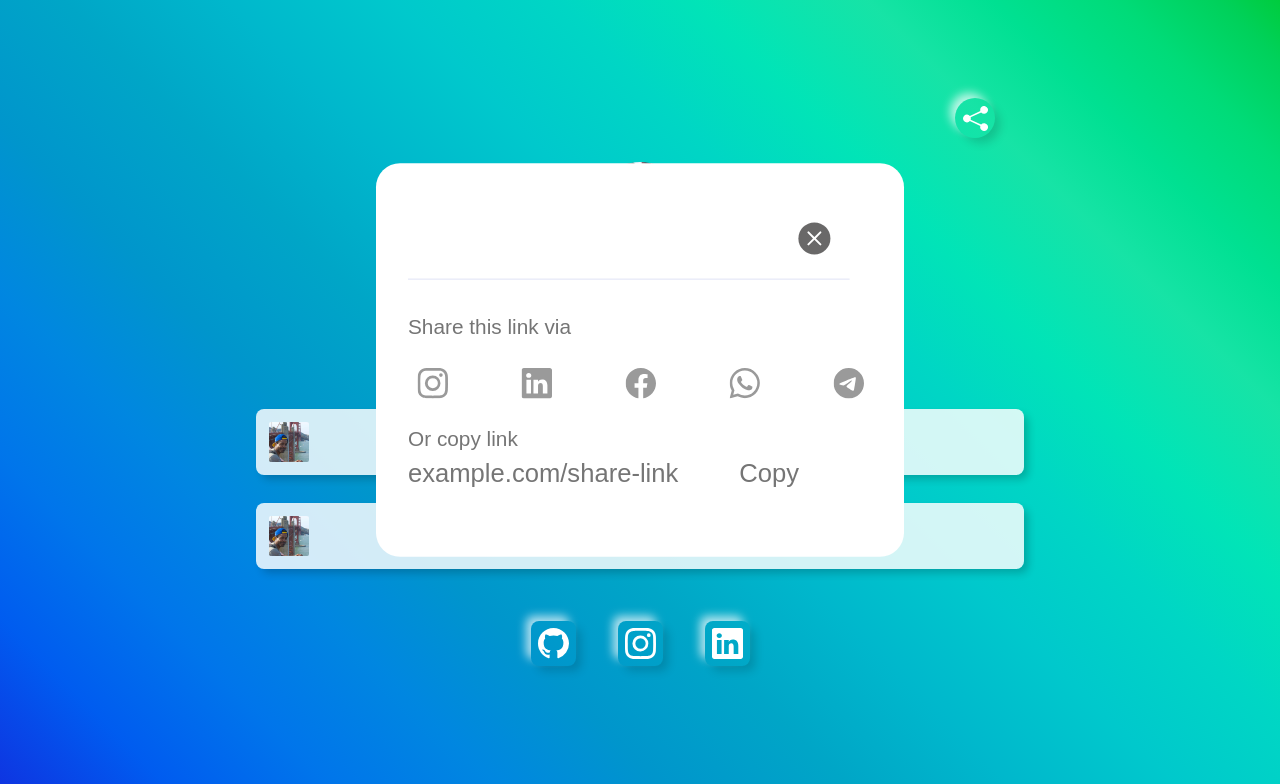
Repository: MateLaDBrouille97/linktree
Page: /
The author's editor kept a copy of each file at every save. The page is drawn from the files as they stood at one save, then again after the next save.
The browser window is 1280 px wide. The pictures show the whole page.
The project was rebuilt for these pictures with package versions that can differ from the ones it lists, and the page was loaded fresh each time. The framework's server and built-in components were replaced by stand-ins that run in the browser. Also part of the build but not shown: next.config.js, styles/Home.module.css, styles/scrollup.css.

Above is the page before, as saved 2023-01-24 00:45:07.

### app/layout.tsx
"use client";

import '@/styles/globals.css'
import '../styles/Home.module.css';
import '../styles/scrollup.css';
import '../styles/home.css';
import '../styles/socials.css';
import '../styles/share.css';
import ScrollDow from '../components/ScrollDow';
import ScrollUp from '../components/scrollup/ScrollUp'

export default function RootLayout({
    children,
  }: {
    children: React.ReactNode;
  }) {
    return (
      <html lang="en">
        <body>{children}</body>
        {/* <ScrollDow/> */}
        {/* <ScrollUp/> */}
      </html>
    );
  }

### app/page.tsx
"use client";

import Image from "next/image";
import data from "data.json";
import image from "../public/ManuelTL2.jpg";
import image1 from "../public/ManuelTL2.jpg";
import { useEffect, useState } from "react";
import Socials from "../components/Socials";
import Share from "@/components/Share";

function LinkCard({
  href,
  title,
  image,
}: {
  href: string;
  title: string;
  image?: string;
}) {
  return (
    <a
      href={href}
      className="flex items-center p-3 w-full rounded-lg hover:scale-105 transition-all bg-gray-100 mb-3 -mt-2 max-w-3xl home__linkcard-box"
    >
      <div className="flex text-center w-full home__linkcard-card">
        <div className="w-10 h-10 home__linkcard-img">
          {image1 && (
            <Image
              className="rounded-sm"
              alt={data.name}
              src={image1}
              width={40}
              height={40}
            />
          )}
        </div>
        <h2 className="flex justify-center items-center font-semibold w-full text-gray-700 -ml-10 home__linkcard-title">
          {title}
        </h2>
      </div>
    </a>
  );
}

export default function Home() {
  /*==================== Toggle Menu ====================== */
  const [toggle, showMenu] = useState(false);
  const [activeNav, setActiveNav] = useState("#home");

  /* +++++++++++++++++++++++++++++++++++++++++++++++++ */
  // const { dbUser, image } = useUserContext();

  // const breakpoints = (width) => {
  //   if (width < 640) {
  //     return "xs";
  //   } else if (width >= 640 && width < 768) {
  //     return "sm";
  //   } else if (width >= 768 && width < 1024) {
  //     return "md";
  //   } else if (width >= 1024) {
  //     return "lg";
  //   }
  // };

  // const [breakpoint, setBreakpoint] = useState(() =>
  //   breakpoints(typeof window !== "undefined" && window.innerWidth)
  // );

  useEffect(() => {
    if (toggle) {
      // const calcInnerWidth = function () {
      //   setBreakpoint(breakpoints(window.innerWidth));
      // };
      // window.addEventListener("resize", calcInnerWidth);
      window.addEventListener("scroll", function () {
        const header = this.document.querySelector(".header");
        //scroll higher than 200 viewport height
        //add scroll header class to a tag with the scroll-top
        if (this.scrollY >= 80) header?.classList.add("scroll-header");
        else header?.classList.remove("scroll-header");
      });
    }
  }, []);

  useEffect(() => {
    showMenu(true);
  }, []);

  return (
    <div className="flex items-center flex-col mx-auto w-full justify-center mt-16 px-8 ">
      <Share/>
      <a
        href="#home"
        onClick={() => setActiveNav("#home")}
        // className={
        //   activeNav === "#home" ? "nav__logo active-link" : "nav__logo"
        // }
      >
        <Image
          className="rounded-full"
          alt={data.name}
          src={image}
          width={96}
          height={96}
        />
      </a>

      <h1 className="font-semibold mt-4 mb-8 text-xl" style={{color:"white"}}>{data.name}</h1>
      <h3 className="home__description" style={{color:"white"}}>{data.small_description}</h3>

      <div className="grid place-items-center w-full mt-2">
        {data.links.map((link) => (
          <LinkCard key={link.href} {...link} />
        ))}
      </div>

      <div className="gap-3 items-center flex mt-10">
        {data?.socials?.map((social) => {
         return(

          <Socials title={social?.title} key={social?.href} />
          )
        })}
      </div>
    </div>
  );
}

### styles/globals.css
@tailwind base;
@tailwind components;
@tailwind utilities;

body{
  height:100vh;
  background-image: linear-gradient(
  45deg,
  hsl(229deg 88% 47%) 0%,
  hsl(217deg 100% 47%) 8%,
  hsl(210deg 100% 46%) 16%,
  hsl(204deg 100% 44%) 24%,
  hsl(196deg 100% 40%) 32%,
  hsl(190deg 100% 39%) 41%,
  hsl(186deg 100% 40%) 49%,
  hsl(181deg 100% 40%) 57%,
  hsl(175deg 100% 42%) 65%,
  hsl(168deg 99% 45%) 72%,
  hsl(162deg 82% 49%) 80%,
  hsl(159deg 100% 44%) 86%,
  hsl(153deg 100% 43%) 92%,
  hsl(146deg 100% 41%) 97%,
  hsl(138deg 100% 40%) 100%
);
}

@import  url('https://api.iconify.design/material-symbols/arrow-upward.svg');

/*=============== GOOGLE FONTS ===============*/
@import url("https://fonts.googleapis.com/css2?family=Poppins:wght@400;500;600&display=swap");

/*=================== NEXT.JS ================*/

html,
body {
  padding: 0;
  margin: 0;
  font-family: -apple-system, BlinkMacSystemFont, Segoe UI, Roboto, Oxygen,
    Ubuntu, Cantarell, Fira Sans, Droid Sans, Helvetica Neue, sans-serif;
}

h1 {
  font-size: 1.75rem;
}




/*=============== VARIABLES CSS ===============*/
:root {
  --header-height: 3rem;

  /*========== Colors ==========*/
  /*Color mode HSL(hue, saturation, lightness)*/
  --hue: 0;
  --sat: 0%;
  --title-color: hsl(var(--hue), var(--sat), 20%);
  --title-color-dark: hsl(var(--hue), var(--sat), 0%);
  --text-color: hsl(var(--hue), var(--sat), 46%);
  --body-color: hsl(var(--hue), var(--sat), 98%);
  --container-color: #fff;

  /*========== Font and typography ==========*/
  --body-font: "Poppins", sans-serif;

  /*.5rem = 8px | 1rem = 16px ...*/
  --big-font-size: 3.5rem;
  --h1-font-size: 2.75rem;
  --h2-font-size: 1.5rem;
  --h3-font-size: 1.25rem;
  --normal-font-size: 1rem;
  --small-font-size: 0.875rem;
  --smaller-font-size: 0.813rem;
  --tiny-font-size: 0.625rem;

  /*========== Font weight ==========*/
  --font-normal: 400;
  --font-medium: 500;
  --font-semi-bold: 600;

  /*========== Margenes Bottom ==========*/
  /*.5rem = 8px | 1rem = 16px ...*/
  --mb-0-25: 0.25rem;
  --mb-0-5: 0.5rem;
  --mb-0-75: 0.75rem;
  --mb-1: 1rem;
  --mb-1-5: 1.5rem;
  --mb-2: 2rem;
  --mb-2-5: 2.5rem;
  --mb-3: 3rem;

  /*========== z index ==========*/
  --z-tooltip: 10;
  --z-fixed: 100;
  --z-modal: 1000;
}

/* Responsive typography */
@media screen and (max-width: 992px) {
  :root {
    --big-font-size: 2.75rem;
    --h1-font-size: 1.5rem;
    --h2-font-size: 1.25rem;
    --h3-font-size: 1rem;
    --normal-font-size: 0.938rem;
    --small-font-size: 0.813rem;
    --smaller-font-size: 0.75rem;
  }
}

/*=============== BASE ===============*/
* {
  margin: 0;
  padding: 0;
  box-sizing: border-box;
}

html {
  scroll-behavior: smooth;
}

body,
button,
input,
textarea {
  font-family: var(--body-font);
  font-size: var(--normal-font-size);
}

body {
  background-color: var(--body-color);
  color: var(--text-color);
}

h1,
h2,
h3 {
  color: var(--title-color);
  font-weight: var(--font-semi-bold);
}

ul {
  list-style: none;
}

a {
  text-decoration: none;
}

button {
  cursor: pointer;
  border: none;
  outline: none;
}

img {
  max-width: 100%;
  height: auto;
}

/*=============== REUSABLE CSS CLASSES ===============*/
.section {
  padding: 6rem 0 2rem;
}

.section__title {
  font-size: var(--h1-font-size);
  color: var(--title-color);
}

.section__subtitle {
  display: block;
  font-size: var(--normal-font-size);
  margin-bottom: 4rem;
}

.section__title,
.section__subtitle {
  text-align: center;
}

/*=============== LAYOUT ===============*/
.container {
  max-width: 968px;
  margin-left: auto;
  margin-right: auto;
}

.grid {
  display: grid;
  gap: 1.5rem;
}

/*=============== BUTTONS ===============*/
.button {
  display: inline-block;
  background-color:rgb(100, 189, 140);
  color: var(--container-color);
  padding: 1.25rem 2rem;
  border-radius: 1rem;
  font-weight: var(--font-medium);
}

.button:hover {
  background-color: rgb(81, 209, 138);
  color: var(--container-color);
}

.button__icon {
  margin-left: var(--mb-0-5);
}

.button--flex {
  display: inline-flex;
  align-items: center;

}




/*=============== BREAKPOINTS ===============*/
/* For large devices */
@media screen and (max-width: 992px) {
  .container {
    margin-left: var(--mb-1-5);
    margin-right: var(--mb-1-5);
  }

  .button {
    padding: 1rem 1.75rem;
  }

  .button__icon {
    width: 22px;
    height: 22px;
  }
}

/* For medium devices */
@media screen and (max-width: 768px) {
  body {
    margin: 0 0 var(--header-height) 0;
  }

  .section {
    padding: 2rem 0 4rem;
  }

  .section__subtitle {
    margin-bottom: var(--mb-3);
  }
}

@media screen and (max-width: 576px) {

}

/* For small devices */
@media screen and (max-width: 350px) {
  :root {
    --big-font-size: 2.25rem;
  }

  .container {
    margin-left: var(--mb-1);
    margin-right: var(--mb-1);
  }
}

### styles/home.css
.home__container{
    row-gap: 7rem;
}

.home__content{
    grid-template-columns: 116px repeat(2, 1fr);
    padding-top: 5.5rem;
    column-gap: 2rem;
    align-items: center;
}

.home__social{
    display:grid;
    grid-template-columns: max-content;
    row-gap: 1rem;
}

.home__social-icon{
    font-size:1.25rem;
    color: var(--title-color);
}

.home__social-icon:hover{
    color:rgb(165, 30, 75);
}



.home__social-icon:hover{
    color: var(--title-color-dark);
}

.home__title{
    font-size:var(--h1-font-size);
    margin-bottom:var(--mb-0-25);
}

.home__hand{
    width: 38px;
    height: 38px;
    margin-left: 0.4rem;
}

.home__subtitle{
    position: relative;
    font-size:var(--h3-font-size);
    padding-left: 5.4rem;
    font-weight: var(--font-normal);
    margin-bottom: var(--mb-1);
}

.home__subtitle::before{
    content:'';
    position:absolute;
    width: 70px;
    height:1px;
    background-color:var(--text-color);
    left:0;
    top:1rem;
}

.home__description{
    max-width:400px;
    margin-bottom: var(--mb-3);
    line-height: 1.7;
}

.home__linkcard-box{
    background-color: rgba(255, 255, 255, 0.829);
    border-color: whitesmoke;
    border-width: 3px;
    transition: transform 0.5s;
    box-shadow: 5px 5px 9px -1px rgba(0,0,0,0.2);

    border: 1px solid rgba(0,0,0,0);
    transition: transform 0.5s;
}

.home__linkcard-box:hover{
    box-shadow: 10px 10px 0px -1px rgba(0,0,0,0.15),
                1px 1px 0.5px  rgba(0,0,0,0.15),
                0px -12px 10px -10px  rgba(0,0,0,0.05);
     border: 1px solid   rgba(0,0,0,0.1);
    /* transform:translateY(-2px)  ;    */
}

.home__linkcard-box::after{
    transition: transform 0.5s;
}

.home__linkcard-box:hover::after .home__linkcard-title {
    transition: transform 0.7s;
}

.home__linkcard-box:hover::after .home__linkcard-img {
    transition: transform 0.7s;
}

.home__linkcard-box:hover .home__linkcard-title{
    transform:scale(1.05);
    transition: transform 0.5s;
}

.home__linkcard-box:hover .home__linkcard-img{
    transform:scale(1.15);
    transition: transform 0.5s;
}




.home__img{
/* background: url(../../assets/Mur.jpg); */
background-repeat: no-repeat;
background-position: center;
background-size: cover;
box-shadow: inset 0 0 0 9px rgb(255 255 255/30%);
order: 1;
justify-self: center;
width:375px ;
height: 350px;
animation: profile__animate 8s ease-in-out infinite 1s;
}

@keyframes profile__animate {
    0%{
        border-radius: 60% 40% 30% 70%/60% 30% 70% 40%;
    }

    50%{
        border-radius: 30% 60% 70% 40%/50% 60% 30% 60%;
    }

    100%{
        border-radius: 60% 40% 30% 70%/60% 30% 70% 40%;
    }
}

.home__scroll{
    position:fixed;
    left: 2.5rem;
    bottom: 3rem;
    /* opacity:0.8; */
    padding:0.3rem 0.5rem;
    border-radius:0.4rem;
    z-index: var(--z-tooltip);
    transition: .4s;
}


.wheel {
    animation: scroll 2s ease infinite;
}

@keyframes scroll{
    0% {
        transform: translateY(0);
    }
    30% {
        transform: translateY(3.7rem);
    }

}


.home__scroll-name{
    color: rgba(255, 255, 255, 0.829);
    font-weight: var(--font-medium);
    margin-right: var(--mb-0-25);
    margin-left: 2px;
}

.home__scroll-arrow{
    font-size: 1.25rem;
    color: rgba(255, 255, 255, 0.829);
}


/*=============== BREAKPOINTS ===============*/
/* For large devices */
@media screen and (max-width: 992px) {
    .home__content{
        grid-template-columns: 100px repeat(2, 1fr);
        column-gap: 1.25rem;

    }

    .home__hand{
        width:26px;
        height:26px;
    }

    .home__subtitle{
        padding-left: 3.75rem;
        margin-bottom: var(--mb-1);

    }

    .home__subtitle::before {
        width:42px;
        top:0.8rem;
    }

    .home__description{
        max-width: initial;
        margin-bottom: var(--mb-2-5);
    }

    .home__img{
        width:250px;
        height:250px;
        box-shadow:inset 0 0 0 8px rgb(255 255 255/30%)
    }

    .home__scroll{
        margin-left: 7.5rem;
    }



  }

  /* For medium devices */
  @media screen and (max-width: 768px) {
    .home__content{
        grid-template-columns: 0.5fr 3fr;
        padding-top: 3.5rem;
    }

    .home__img{
        order:initial;/* ordre d'apparition de l'element*/
        justify-self: initial;
        box-shadow: inset 0 0 0 9px rgb(255 255 255/30%);
        width:200px;
        height: 200px;
    }

    .home__data{
        grid-column:1/3;
    }

    .home__scroll{
        display:none;
    }


  }



  /* For small devices */
  @media screen and (max-width: 350px) {


    .home__img{

        width:180px ;
        height: 180px;
    }

    .home__hand{
        width:22px;
        height:22px;
    }


  }

### styles/socials.css
/* .social__link{
    color: var(--container-color);
    font-size: 1.125rem;
    padding: 0.4rem;
    border-radius:1.5rem;
    display: inline-flex;
} */
/*
.social__link:hover{
    background-color:rgba(44, 203, 224, 0.986);
} */

.social__link{
    display:flex;
    /* background-color: var(--container-color); */
    color: var(--container-color);
    height: 45px;
    width: 45px;
    margin: 0 15px;
    border-radius: 8px;
    align-items: center;
    justify-content:center;
    text-decoration: none;
    box-shadow: 6px 6px 10px -1px rgba(0,0,0,0.15),
                -6px -6px 10px -1px rgba(255,255,255,0.7);
    border: 1px solid   rgba(0,0,0,0);
    transition: transform 0.5s;
}

a svg {
    font-size: 38px;
    color: white;
    transition: transform 0.5s;
}


.social__link:hover{
    background-color: rgba(255, 255, 255, 0.829);
    box-shadow: inset 4px 4px 6px -1px rgba(0,0,0,0.2),
                inset -4px -4px 6px -1px rgba(255,255,255,0.7),
                -0.5px -0.5px 0px  rgba(255,255,255,1),
                0.5px 0.5px 0px  rgba(0,0,0,0.15),
                0px -12px 10px -10px  rgba(0,0,0,0.05);
    border: 1px solid   rgba(0,0,0,0.1);
    transform:translateY(2px)  ;
}


a:hover svg{
    transform: scale(1.10);
    fill: black;
    transition: transform 0.5s;
}

a:hover .bi-linkedin{
    fill:rgb(18, 83, 203) ;
    transform:scale(1.10);
    transition: transform 0.5s;
}

a:hover .bi-instagram{
    fill:#e64771;
    transform:scale(1.10);
    transition: transform 0.5s;
}


/*=============== BREAKPOINTS ===============*/
/* For large devices */
@media screen and (max-width: 992px) {


    .social__link:hover{

        box-shadow: inset 4px 4px 6px -1px rgba(0,0,0,0.2),
                    inset -4px -4px 6px -1px rgba(255,255,255,0.7),
                    -0.5px -0.5px 0px  rgba(255,255,255,1),
                    0.5px 0.5px 0px  rgba(0,0,0,0.15),
                    0px -12px 10px -10px  rgba(0,0,0,0.05);
        border: 1px solid   rgba(0,0,0,0.1);
        transform:translateY(2px)  ;
    }




  }

  /* For medium devices */
  @media screen and (max-width: 768px) {




  }



  /* For small devices */
  @media screen and (max-width: 350px) {





  }

### styles/share.css
/*          Share   Items  */

.share-link {
  display: flex;
  color: var(--container-color);
  height: 45px;
  width: 45px;
  margin: 0 15px;
  border-radius: 22px;
  align-items: center;
  justify-content: center;
  text-decoration: none;
  box-shadow: 6px 6px 10px -1px rgba(0, 0, 0, 0.15),
    -6px -6px 10px -1px rgba(255, 255, 255, 0.7);
  border: 1px solid rgba(0, 0, 0, 0);
  transition: transform 0.5s;
}

.share-link:hover {
  background-color: rgba(255, 255, 255, 0.829);
  box-shadow: inset 4px 4px 6px -1px rgba(0, 0, 0, 0.2),
    inset -4px -4px 6px -1px rgba(255, 255, 255, 0.7),
    -0.5px -0.5px 0px rgba(255, 255, 255, 1),
    0.5px 0.5px 0px rgba(0, 0, 0, 0.15),
    0px -12px 10px -10px rgba(0, 0, 0, 0.05);
  border: 1px solid rgba(0, 0, 0, 0.1);
  transform: translateY(2px);
}

/* .share-link .bi-share-fill{
    fill: white;
} */

.share-link:hover .bi-share-fill {
  fill: black;
  transform: scale(1.1);
  transition: transform 0.5s;
}

header {
  width: 95%;
  max-width: 788px;
  display: flex;
  justify-content: flex-end;
  padding: 12px;
  margin-top: 5px;
}

.share-button {
  width: 40px;
  height: 40px;
  border-radius: 20px;
  color: var(--container-color);
}

.share {
  width: 95%;
  max-width: 788px;
  display: flex;
  justify-content: flex-end;
  padding: 12px;
  margin-top: 5px;
  z-index: 10;
}

.modal-share {
  position: absolute;
  top: 50%;
  left: 50%;
  transform: translate(-50%, -50%) scale(1.6);
  background: var(--container-color);
  padding: 20px;
  border-radius: 15px;
  max-width: 330px;
  width: 60%;
}

.modal-share :is(header) {
  display: flex;
  align-items: center;

}

.modal-share :is( .icons) {
    display: flex;
    align-items: center;
    justify-content: space-between;
  }


.modal-share header {
  padding-bottom: 15px;
  border-bottom: 1px solid #ebedf9;
}

header .close .icons a {
  display: flex;
  align-items: center;
  justify-content: center;
  border-radius: 50%;
}

header .close {
  height: 33px;
  width: 33px;
  background: var(--container-color);
  cursor: pointer;

}



/* .modal-title {
  font-size: 19px;
  font-weight: 500;
} */

.modal-share .content {
  margin: 20px 0;
}

.content p {
  font-size: 13px;
}

.content .icons {
  margin: 10px 0 10px 0;
}

.close{
    display: flex;
    justify-content: flex-end;
}

.close .bi-x{
  border-radius: 15px;
  background-color:#696868;
}

.icons a {
  height: 30px;
  width: 30px;
  border: 0.5px solid transparent;
  text-decoration: none;
  display: flex;
  justify-content: center;
  align-items: center;
}

.icons svg {
    fill: #40404086
}

### components/Socials.tsx
function GitHubIcon() {
  return (
    <a href="https://github.com/LuckyMate97" className="social__link">
      <svg xmlns="http://www.w3.org/2000/svg" width="31" height="31" fill="white" className="bi bi-github" viewBox="0 0 16 16"> <path d="M8 0C3.58 0 0 3.58 0 8c0 3.54 2.29 6.53 5.47 7.59.4.07.55-.17.55-.38 0-.19-.01-.82-.01-1.49-2.01.37-2.53-.49-2.69-.94-.09-.23-.48-.94-.82-1.13-.28-.15-.68-.52-.01-.53.63-.01 1.08.58 1.23.82.72 1.21 1.87.87 2.33.66.07-.52.28-.87.51-1.07-1.78-.2-3.64-.89-3.64-3.95 0-.87.31-1.59.82-2.15-.08-.2-.36-1.02.08-2.12 0 0 .67-.21 2.2.82.64-.18 1.32-.27 2-.27.68 0 1.36.09 2 .27 1.53-1.04 2.2-.82 2.2-.82.44 1.1.16 1.92.08 2.12.51.56.82 1.27.82 2.15 0 3.07-1.87 3.75-3.65 3.95.29.25.54.73.54 1.48 0 1.07-.01 1.93-.01 2.2 0 .21.15.46.55.38A8.012 8.012 0 0 0 16 8c0-4.42-3.58-8-8-8z"/> </svg>
    </a>
  );
}

function InstagramIcon() {
  return (
    <a href="https://www.instagram.com/oto.mata33/" className="social__link">
      <svg xmlns="http://www.w3.org/2000/svg" width="31" height="31" fill="white" className="bi bi-instagram" viewBox="0 0 16 16"> <path d="M8 0C5.829 0 5.556.01 4.703.048 3.85.088 3.269.222 2.76.42a3.917 3.917 0 0 0-1.417.923A3.927 3.927 0 0 0 .42 2.76C.222 3.268.087 3.85.048 4.7.01 5.555 0 5.827 0 8.001c0 2.172.01 2.444.048 3.297.04.852.174 1.433.372 1.942.205.526.478.972.923 1.417.444.445.89.719 1.416.923.51.198 1.09.333 1.942.372C5.555 15.99 5.827 16 8 16s2.444-.01 3.298-.048c.851-.04 1.434-.174 1.943-.372a3.916 3.916 0 0 0 1.416-.923c.445-.445.718-.891.923-1.417.197-.509.332-1.09.372-1.942C15.99 10.445 16 10.173 16 8s-.01-2.445-.048-3.299c-.04-.851-.175-1.433-.372-1.941a3.926 3.926 0 0 0-.923-1.417A3.911 3.911 0 0 0 13.24.42c-.51-.198-1.092-.333-1.943-.372C10.443.01 10.172 0 7.998 0h.003zm-.717 1.442h.718c2.136 0 2.389.007 3.232.046.78.035 1.204.166 1.486.275.373.145.64.319.92.599.28.28.453.546.598.92.11.281.24.705.275 1.485.039.843.047 1.096.047 3.231s-.008 2.389-.047 3.232c-.035.78-.166 1.203-.275 1.485a2.47 2.47 0 0 1-.599.919c-.28.28-.546.453-.92.598-.28.11-.704.24-1.485.276-.843.038-1.096.047-3.232.047s-2.39-.009-3.233-.047c-.78-.036-1.203-.166-1.485-.276a2.478 2.478 0 0 1-.92-.598 2.48 2.48 0 0 1-.6-.92c-.109-.281-.24-.705-.275-1.485-.038-.843-.046-1.096-.046-3.233 0-2.136.008-2.388.046-3.231.036-.78.166-1.204.276-1.486.145-.373.319-.64.599-.92.28-.28.546-.453.92-.598.282-.11.705-.24 1.485-.276.738-.034 1.024-.044 2.515-.045v.002zm4.988 1.328a.96.96 0 1 0 0 1.92.96.96 0 0 0 0-1.92zm-4.27 1.122a4.109 4.109 0 1 0 0 8.217 4.109 4.109 0 0 0 0-8.217zm0 1.441a2.667 2.667 0 1 1 0 5.334 2.667 2.667 0 0 1 0-5.334z"/> </svg>
    </a>
  );
}

function LinkedInIcon() {
  return (
    <a href="https://ca.linkedin.com/" className="social__link">
      <svg xmlns="http://www.w3.org/2000/svg" width="31" height="31" fill="white" className="bi bi-linkedin" viewBox="0 0 16 16"> <path d="M0 1.146C0 .513.526 0 1.175 0h13.65C15.474 0 16 .513 16 1.146v13.708c0 .633-.526 1.146-1.175 1.146H1.175C.526 16 0 15.487 0 14.854V1.146zm4.943 12.248V6.169H2.542v7.225h2.401zm-1.2-8.212c.837 0 1.358-.554 1.358-1.248-.015-.709-.52-1.248-1.342-1.248-.822 0-1.359.54-1.359 1.248 0 .694.521 1.248 1.327 1.248h.016zm4.908 8.212V9.359c0-.216.016-.432.08-.586.173-.431.568-.878 1.232-.878.869 0 1.216.662 1.216 1.634v3.865h2.401V9.25c0-2.22-1.184-3.252-2.764-3.252-1.274 0-1.845.7-2.165 1.193v.025h-.016a5.54 5.54 0 0 1 .016-.025V6.169h-2.4c.03.678 0 7.225 0 7.225h2.4z"/> </svg>
    </a>
  );
}

function Socials({ title }:{title?:string;}) {
  if (title == "Instagram") {
    return <InstagramIcon  />;
  }
  if (title == "Github") {
    return <GitHubIcon  />;
  }
  if (title == "LinkedIn") {
    return <LinkedInIcon  />;
  }
}

export default Socials;

Loaded but not shown: data.json (35 lines, source omitted); tailwind.config.js (13 lines, source omitted); components/Share.tsx (115 lines, source omitted)

After the next save:
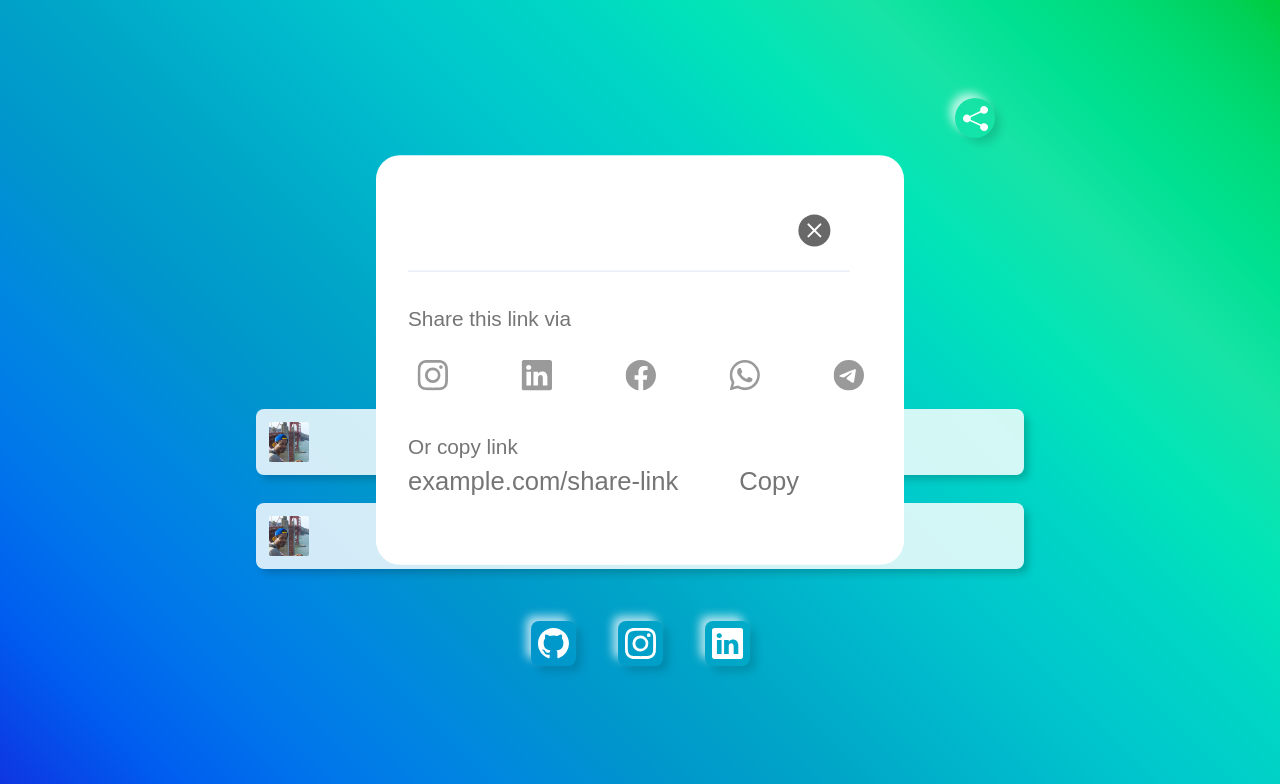
Saved 15 s later.
--- a/styles/share.css
+++ b/styles/share.css
@@ -124,7 +124,7 @@ header .close {
 }
 
 .content .icons {
-  margin: 10px 0 10px 0;
+  margin: 10px 0 20px 0;
 }
 
 .close{
